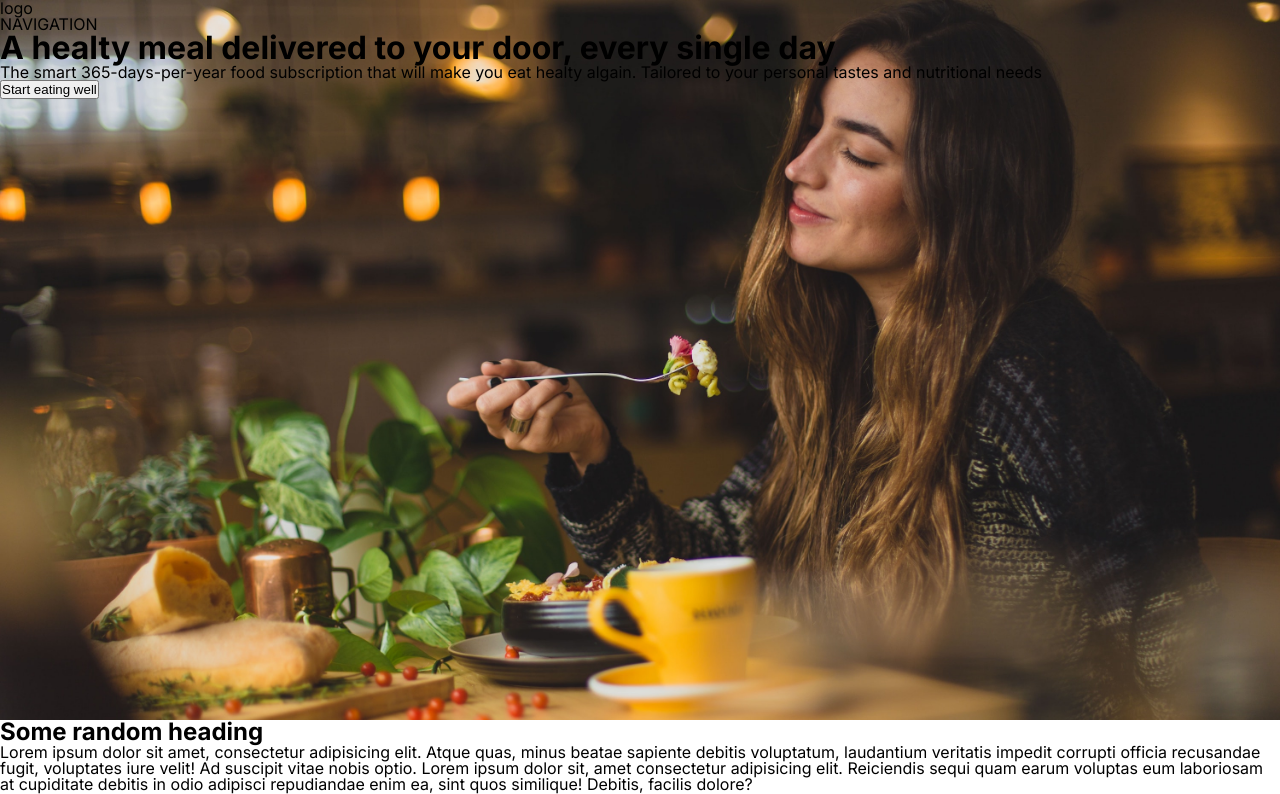
Repository: Ahmed123rezk123/06-Components
Page: hero.html
These files come from the project's save history. The page is drawn as it stood at one moment and after the next save; the edit follows.
The browser window is 1280 px wide. The pictures show the whole page.

Above is the page before, as saved 2024-09-18 09:08:08.

### hero.html
<!DOCTYPE html>
<html lang="en">
  <head>
    <meta charset="UTF-8" />
    <meta name="viewport" content="width=device-width, initial-scale=1.0" />
    <link rel="preconnect" href="https://fonts.gstatic.com" />
    <link
      href="https://fonts.googleapis.com/css2?family=Inter:wght@400;500;700&display=swap"
      rel="stylesheet"
    />
    <style>
      * {
        margin: 0;
        padding: 0;
        box-sizing: border-box;
      }

      body {
        font-family: "Inter", sans-serif;
        /* color: #343a40;
        background-color: #f8f9fa; */
        line-height: 1;
      }
      header {
        background-image: url(/hero.jpg);
        background-repeat: no-repeat;
        background-size: cover;
        height: 100vh;
      }
    </style>
    <title>Pagination</title>
  </head>
  <body>
    <header>
      <nav class="container">
        <div>logo</div>
        <div>NAVIGATION</div>
      </nav>
      <div class="header-container">
        <div class="header-container-inner">
          <h1>A healty meal delivered to your door, every single day</h1>
          <p>
            The smart 365-days-per-year food subscription that will make you eat
            healty algain. Tailored to your personal tastes and nutritional
            needs
          </p>
          <button class="btn">Start eating well</button>
        </div>
      </div>
    </header>
    <section class="container">
      <h1>Some random heading</h1>
      <p>
        Lorem ipsum dolor sit amet, consectetur adipisicing elit. Atque quas,
        minus beatae sapiente debitis voluptatum, laudantium veritatis impedit
        corrupti officia recusandae fugit, voluptates iure velit! Ad suscipit
        vitae nobis optio. Lorem ipsum dolor sit, amet consectetur adipisicing
        elit. Reiciendis sequi quam earum voluptas eum laboriosam at cupiditate
        debitis in odio adipisci repudiandae enim ea, sint quos similique!
        Debitis, facilis dolore?
      </p>
    </section>
  </body>
</html>

After the next save:
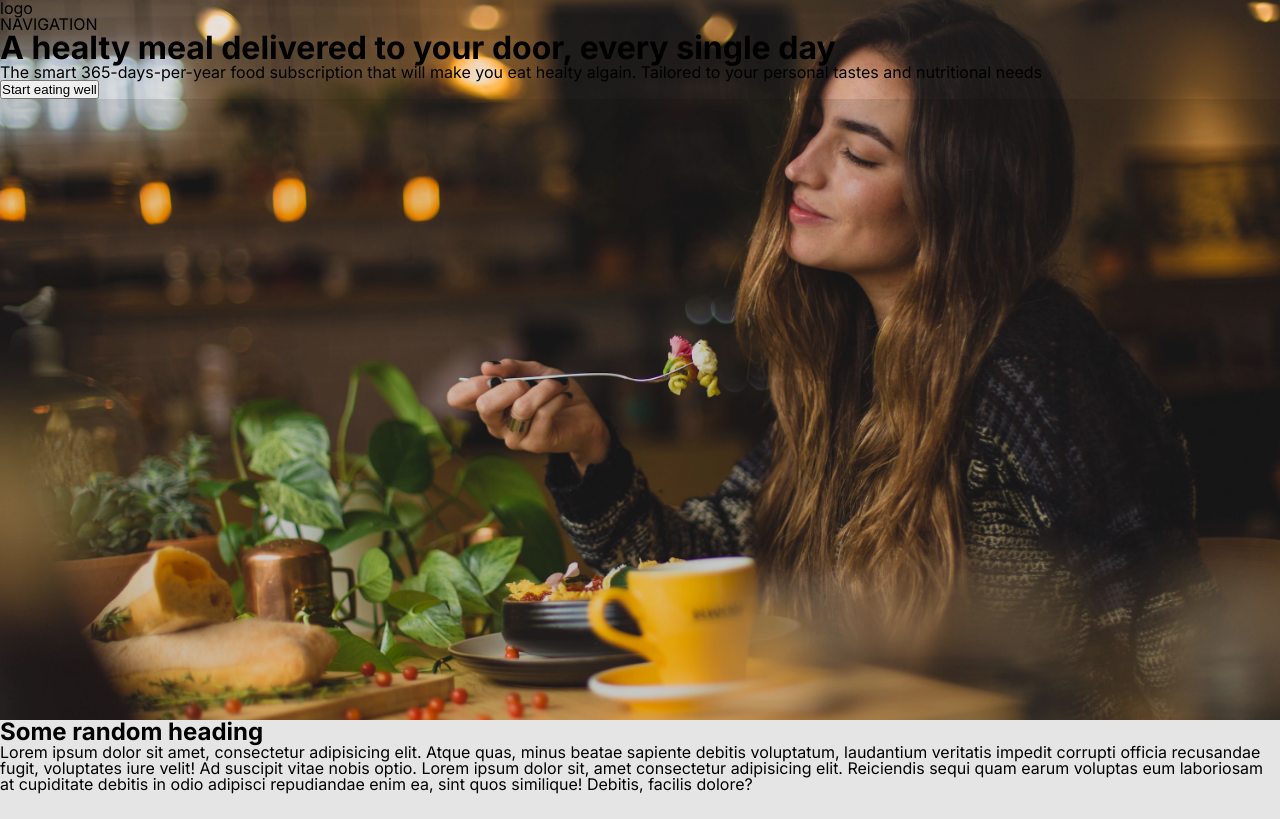
Saved 90 s later.
--- a/hero.html
+++ b/hero.html
@@ -22,10 +22,18 @@
         line-height: 1;
       }
       header {
+        position: relative;
         background-image: url(/hero.jpg);
         background-repeat: no-repeat;
         background-size: cover;
         height: 100vh;
+      }
+      header::after {
+        content: "";
+        position: absolute;
+        width: 100%;
+        height: 100%;
+        background-color: rgba(0, 0, 0, 0.1);
       }
     </style>
     <title>Pagination</title>
